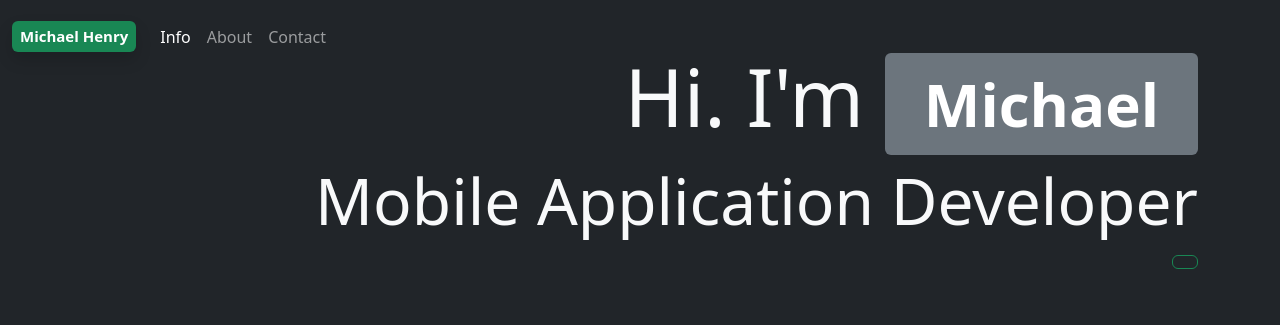
Repository: kenyi-mic/Portfolio_bootstrap
Page: index.html
These files come from the project's save history. The page is drawn as it stood at one moment and after the next save; the edit follows.
The browser window is 1280 px wide. The pictures show the whole page.

Above is the page before, as saved 2022-11-25 14:02:50.

### index.html
<!DOCTYPE html>
<html lang="en">

<head>
    <meta charset="UTF-8">
    <meta http-equiv="X-UA-Compatible" content="IE=edge">
    <meta name="viewport" content="width=device-width, initial-scale=1.0">
    <!---Bootstrap icon cdn-->
    <link rel="stylesheet" href="https://cdn.jsdelivr.net/npm/bootstrap-icons@1.10.2/font/bootstrap-icons.css">
    <link rel="stylesheet" href="style.css">
    <title>Michael Kenyi</title>
    <!---Bootstrap css-->
    <link href="https://cdn.jsdelivr.net/npm/bootstrap@5.2.3/dist/css/bootstrap.min.css" rel="stylesheet"
        integrity="sha384-rbsA2VBKQhggwzxH7pPCaAqO46MgnOM80zW1RWuH61DGLwZJEdK2Kadq2F9CUG65" crossorigin="anonymous">
</head>

<body class="v-100 bg-dark text-light">
    <!---Navigation--->
    <nav class="navbar navbar-expand-md navbar-dark fixed-top">
        <div class="container-fluid">
            <a href="" class="navbar-brand"><span class="badge bg-success p-2 my-2 shadow">Michael
                    Henry</span></a>
            <button class="navbar-toggler" type="button" data-bs-toggle="collapse" data-bs-target="#navbarMain">
                <span class="navbar-toggler-icon"></span></button>
            <div class="collapse navbar-collapse" id="navbarMain">
                <ul class="navbar-nav me-auto mb-2 mb-lg-0" style="z-index:10">
                    <li class="nav-item"><a href="" data-bs-toggle="collapse" data-bs-target=".multi-collapse"
                            aria-expanded="false" aria-control="about contact" class="nav-link active">Info</a></li>
                    <li class="nav-item"><a href="#about" role="button" data-bs-toggle="collapse" aria-expanded="false"
                            aria-control="about" class="nav-link">About</a></li>
                    <li class="nav-item"><a role="button" data-bs-toggle="collapse" aria-expanded="false"
                            aria-control="contact" href="#contact" class="nav-link">Contact</a></li>
                </ul>
            </div>
        </div>
    </nav>
    <!---Header---->
    <header class="container fixed-top text-end mt-5">
        <h1 class="display-1">
            Hi. I'm <span class="badge bg-secondary">Michael</span>
        </h1>
        <h2 class="display-3">Mobile Application Developer</h2>
        <!--HEADER > portfolio & email group-->
        <div class="btn-group">
            <!--Profile btn-->
            <button class="btn btn-outline-success" type="button" data-bs-toggle="offcanvas"
                data-bs-target="#portfolio"></button>
        </div>
    </header>



    <!---Bootstrap javascript-->
    <script src="https://cdn.jsdelivr.net/npm/bootstrap@5.2.3/dist/js/bootstrap.bundle.min.js"
        integrity="sha384-kenU1KFdBIe4zVF0s0G1M5b4hcpxyD9F7jL+jjXkk+Q2h455rYXK/7HAuoJl+0I4"
        crossorigin="anonymous"></script>
</body>

</html>

### style.css

body{

    background-image:url('https://images.unsplash.com/photo-1555952517-2e8e729e0b44?ixlib=rb-4.0.3&ixid=MnwxMjA3fDB8MHxzZWFyY2h8MzN8fHBlcnNvbnxlbnwwfHwwfHw%3D&auto=format&fit=crop&w=500&q=60')!;
    background-repeat:no-repeat;
    background-size:contain;
    background-position:center;
}

After the next save:
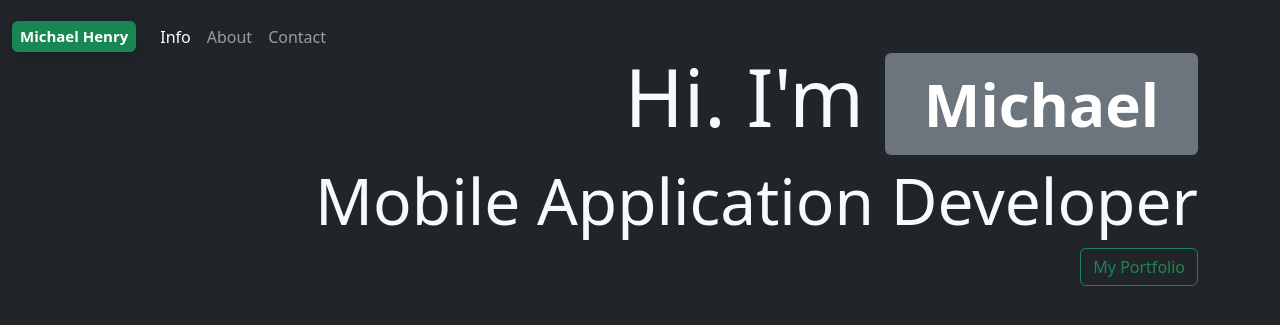
Saved 21 s later.
--- a/index.html
+++ b/index.html
@@ -44,7 +44,7 @@
         <div class="btn-group">
             <!--Profile btn-->
             <button class="btn btn-outline-success" type="button" data-bs-toggle="offcanvas"
-                data-bs-target="#portfolio"></button>
+                data-bs-target="#portfolio">My Portfolio</button>
         </div>
     </header>
 
